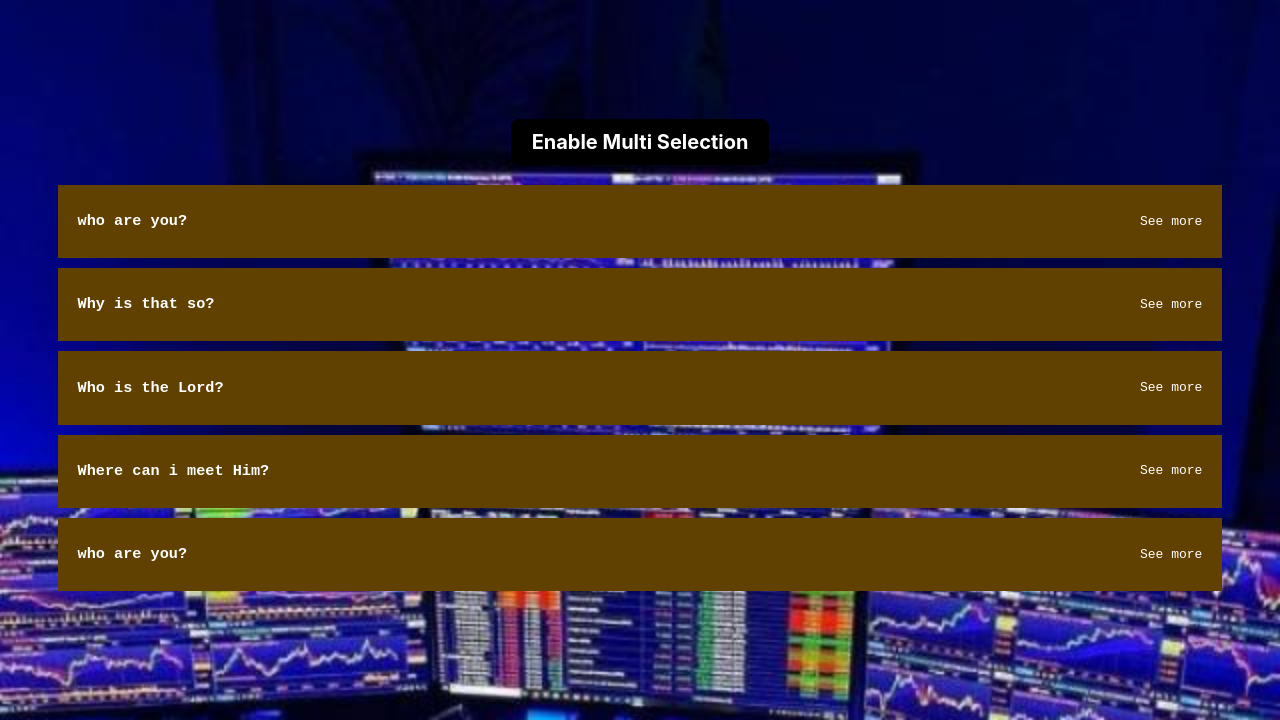
Repository: profbkmurage/reactprojectsBK
Page: /
An editor plug-in stored every save of this project. The page is shown before and after the next save, followed by the edit.
The browser window is 1280 px wide. The pictures show the whole page.
The project was rebuilt for these pictures with package versions that can differ from the ones it lists, and the page was loaded fresh each time. Also part of the build but not shown: vite.config.js.

Above is the page before, as saved 2025-02-23 10:18:40.

### src/App.jsx
import Accordian from './components/accordian'

function App () {
  return <Accordian />
}
export default App

### src/components/accordian/index.jsx
import { useState } from 'react'
import data from './data.js'
import './style.css'

export default function Accordian () {
    const [selected, setSelected] = useState(null) //keeps track of a sigle selected item
     const [enableMultipleSelection, setEnableMultipleSelection] = useState(false)
    const [multipleSelection, setMultipleSelection] = useState([])//keeps track of multiple selected item.

  function handleSigleSelection (getCurrentId) {
    setSelected(getCurrentId === selected ? null : getCurrentId) //if the current id is already selected, it will not display it twice otherwise it will display it
  }

  function handleMultiSelection (getCurrentId) {
    let copyMultiple = [...multipleSelection]
    const findIndexOfCurrentId = copyMultiple.indexOf(getCurrentId)
    if (findIndexOfCurrentId === -1) copyMultiple.push(getCurrentId)
    else copyMultiple.splice(findIndexOfCurrentId, 1)

    setMultipleSelection(copyMultiple)
  }
//   console.log(selected, multipleSelection)
  return (
    <div className='wrapper'>
      <button
        onClick={() => setEnableMultipleSelection(!enableMultipleSelection)}
      >
        Enable Multi Selection
      </button>
      <div className='accordian'>
        {data && data.length > 0 ? (
          data.map(dataItem => (
            <div key={dataItem.id} className='item'>
              <div
                onClick={
                  enableMultipleSelection
                    ? () => handleMultiSelection(dataItem.id)
                    : () => handleSigleSelection(dataItem.id)
                } //we check to see if the multiselction mode is enabled and use its funtion otherwise we use the single selection mode
                className='title'
              >
                <h3>{dataItem.question}</h3>
                <span>See more</span>
              </div>
              {selected === dataItem.id ||
              multipleSelection.indexOf(dataItem.id) !== -1 ? (
                <div className='content'>{dataItem.answer}</div>
              ) : null}
            </div>
          ))
        ) : (
          <div>No data found</div>
        )}
      </div>
    </div>
  )
}

### src/components/accordian/data.js
const data = [
    {
        id: '1',
        question: 'who are you?',
        answer: 'i am whom the Lord says i am'
    },
    {
        id: '2',
        question: 'Why is that so?',
        answer: 'i am whom the Lord says i am'
    },
    {
        id: '3',
        question: 'Who is the Lord?',
        answer: 'i am whom the Lord says i am'
    },
    {
        id: '4',
        question: 'Where can i meet Him?',
        answer: 'i am whom the Lord says i am'
    },
    {
        id: '5',
        question: 'who are you?',
        answer: 'i am whom the Lord says i am'
    }
];

export default data;

### src/components/accordian/style.css
body {
    overflow: hidden;
    background-image: url(../../assets/coding.jpg);
    background-repeat: no-repeat;
    background-size: 100vw;
}

.wrapper {
    display: flex;
    height: 100vh;
    width: 100vw;
    justify-content: center;
    align-items: center;
    flex-direction: column;
    gap: 20px;
    backdrop-filter: blur(px);
width: 100vw;
}

.wrapper button {
    cursor: pointer;
    font-weight: bold;
    font-size: 20px;
    color: white;
    background-color: black;
    padding: 10px 20px;
}

.accordian {
    width: 91vw;
}

.item {
    background: #614101;
    margin-bottom: 10px;
    padding: 10px 20px;
    font-family: monospace;
}

.title {
    color: #fff;
    display: flex;
    justify-content: space-between;
    align-items: center;
    cursor: pointer;
}

.content {
    color: white;
    height: auto;
}

Loaded but not shown: index.html (common file); src/main.jsx (common file); src/index.css (common file)

After the next save:
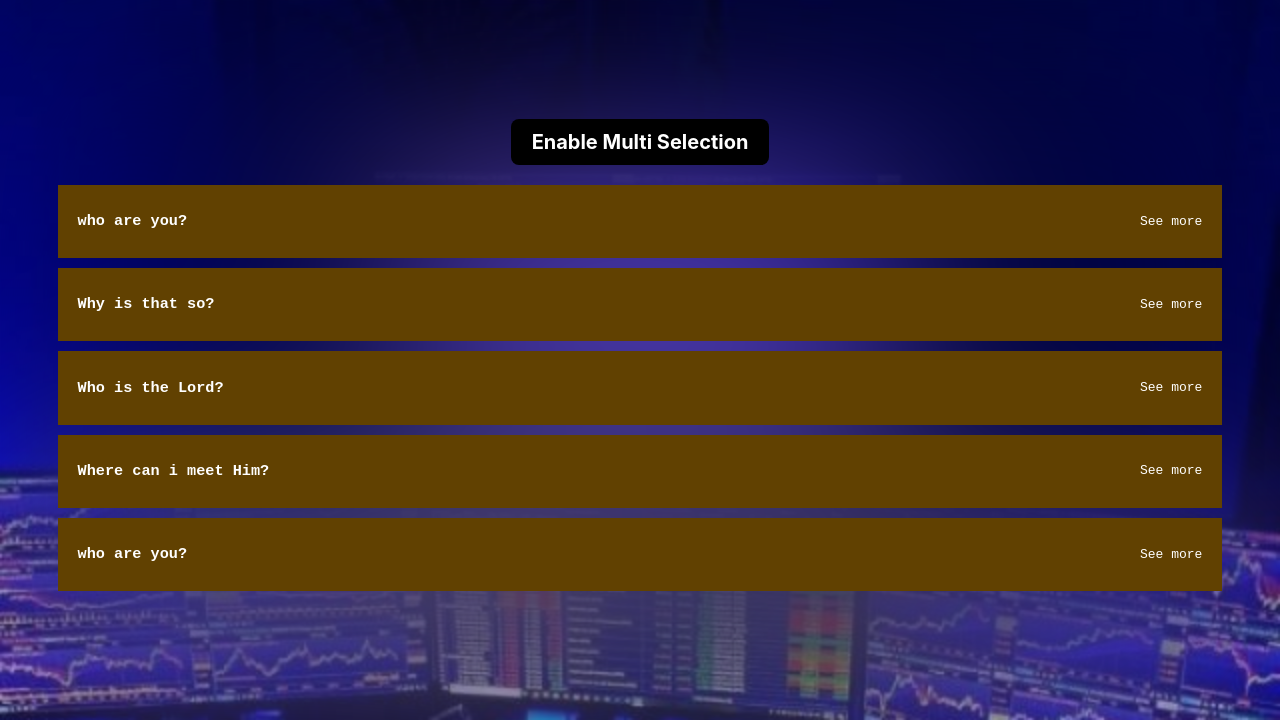
Saved 5 s later.
--- a/src/components/accordian/style.css
+++ b/src/components/accordian/style.css
@@ -13,7 +13,7 @@ body {
     align-items: center;
     flex-direction: column;
     gap: 20px;
-    backdrop-filter: blur(px);
+    backdrop-filter: blur(100px);
 width: 100vw;
 }
 
